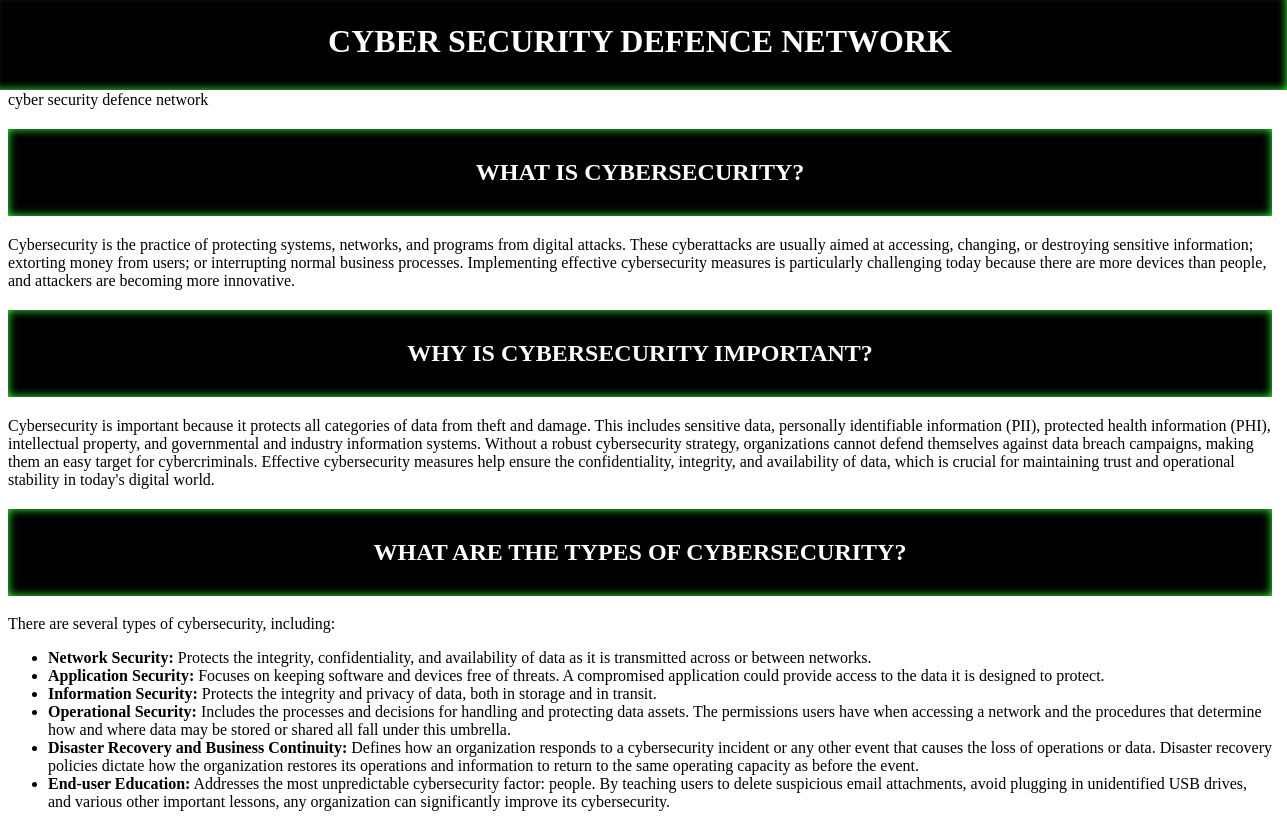
Repository: newworldhost/nwh
Page: index.html
The author's editor kept a copy of each file at every save. The page is drawn from the files as they stood at one save, then again after the next save.
The browser window is 1280 px wide. The page is 1287 px wide, then 1285 px, so the pictures cover 1287 px, including what lies to the right of the window. The pictures show the whole page.

Above is the page before, as saved 2025-03-04 15:41:41.

### index.html
<!DOCTYPE html>
<html lang="en">
<head>
    <meta charset="UTF-8">
    <meta name="viewport" content="width=device-width, initial-scale=1.0">
    <meta name="author" content="cyber security defence network">
    <meta name="description" content="cyber security defence network">
    <meta name="keywords" content="cyber security defence network">
    <link rel="stylesheet" href="style.css">
    <title>cyber security defence network</title>
</head>
<body>
    <h1>cyber security defence network</h1>
    <p>cyber security defence network</p>
    <h2>What is cybersecurity?</h2>
    <p>Cybersecurity is the practice of protecting systems, networks, and programs from digital attacks. These cyberattacks are usually aimed at accessing, changing, or destroying sensitive information; extorting money from users; or interrupting normal business processes. Implementing effective cybersecurity measures is particularly challenging today because there are more devices than people, and attackers are becoming more innovative.</p>
    <h2>Why is cybersecurity important?</h2>
    <p>Cybersecurity is important because it protects all categories of data from theft and damage. This includes sensitive data, personally identifiable information (PII), protected health information (PHI), intellectual property, and governmental and industry information systems. Without a robust cybersecurity strategy, organizations cannot defend themselves against data breach campaigns, making them an easy target for cybercriminals. Effective cybersecurity measures help ensure the confidentiality, integrity, and availability of data, which is crucial for maintaining trust and operational stability in today's digital world.</p>
    <h2>What are the types of cybersecurity?</h2>
    <p>There are several types of cybersecurity, including:</p>
    <ul>
        <li><strong>Network Security:</strong> Protects the integrity, confidentiality, and availability of data as it is transmitted across or between networks.</li>
        <li><strong>Application Security:</strong> Focuses on keeping software and devices free of threats. A compromised application could provide access to the data it is designed to protect.</li>
        <li><strong>Information Security:</strong> Protects the integrity and privacy of data, both in storage and in transit.</li>
        <li><strong>Operational Security:</strong> Includes the processes and decisions for handling and protecting data assets. The permissions users have when accessing a network and the procedures that determine how and where data may be stored or shared all fall under this umbrella.</li>
        <li><strong>Disaster Recovery and Business Continuity:</strong> Defines how an organization responds to a cybersecurity incident or any other event that causes the loss of operations or data. Disaster recovery policies dictate how the organization restores its operations and information to return to the same operating capacity as before the event.</li>
        <li><strong>End-user Education:</strong> Addresses the most unpredictable cybersecurity factor: people. By teaching users to delete suspicious email attachments, avoid plugging in unidentified USB drives, and various other important lessons, any organization can significantly improve its cybersecurity.</li>
    </ul>
</body>
</html>

### style.css
h1 {
    text-align: center;
    background-color: black;
    color:white;
    padding:30px;
    text-transform: uppercase;
    box-shadow: inset 0 0 10px #33ff33;
    margin:-15px;
}
h2 {
    text-align: center;
    background-color: black;
    color:white;
    padding:30px;
    text-transform: uppercase;
    box-shadow: inset 0 0 10px #33ff33;
}

After the next save:
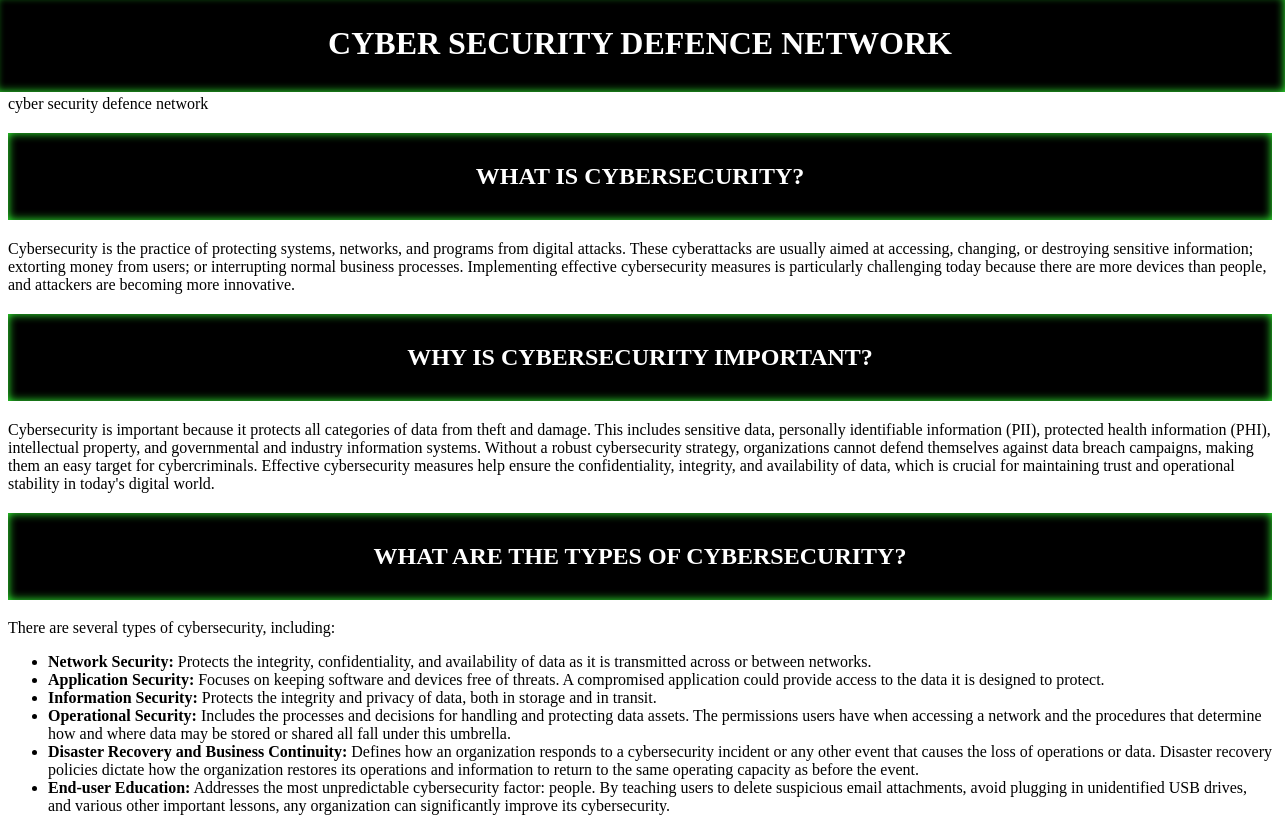
Saved 14 s later.
--- a/style.css
+++ b/style.css
@@ -5,7 +5,7 @@ h1 {
     padding:30px;
     text-transform: uppercase;
     box-shadow: inset 0 0 10px #33ff33;
-    margin:-15px;
+    margin:-13px;
 }
 h2 {
     text-align: center;
